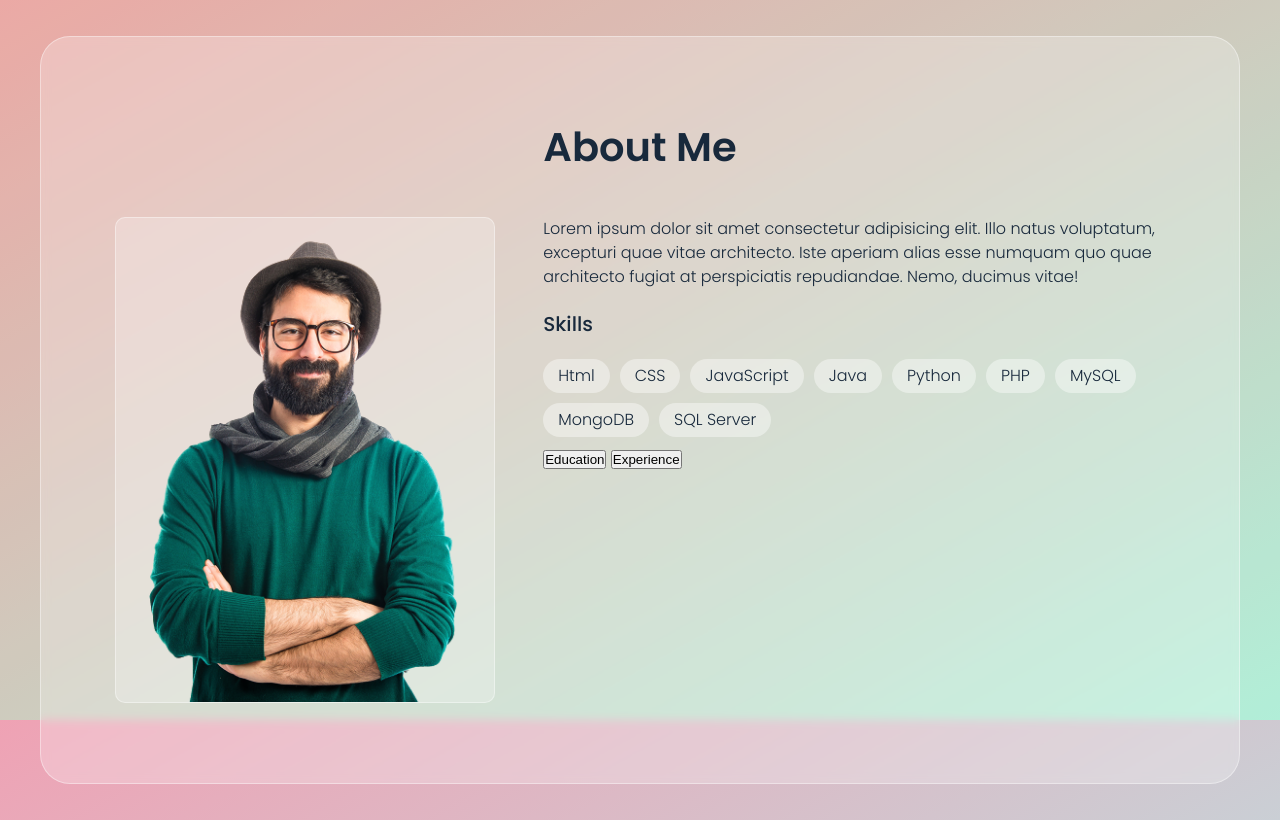
Repository: dewaary/Glassmorp-me
Page: index.html
The author's editor kept a copy of each file at every save. The page is drawn from the files as they stood at one save, then again after the next save.
The browser window is 1280 px wide. The pictures show the whole page.
Backgrounds fixed to the window are drawn as part of the page.

Above is the page before, as saved 2021-05-25 22:30:39.
Not found: js/script,js

### index.html
<!DOCTYPE html>
<html lang="en">

<head>
    <meta charset="UTF-8">
    <meta http-equiv="X-UA-Compatible" content="IE=edge">
    <meta name="viewport" content="width=device-width, initial-scale=1.0">
    <link rel="stylesheet" href="style.css">
    <title>Document</title>
</head>

<body>
    <div class="main">
        <section class="home-section align-items-center hidden">
            <div class="container">
                <div class="row align-items-center">
                    <div class="home-text">
                        <p>Hello, I'm</p>
                        <h1>Dewa Ari</h1>
                        <h2>Full-Stack Web Developer</h2>
                        <a href="#" class="btn">more about me</a>
                        <a href="#" class="btn">portfolio</a>
                    </div>
                    <div class="home-img">
                        <div class="img-box">
                            <img src="img/profile-img.png" alt="profile-img">
                        </div>
                    </div>
                </div>
            </div>
        </section>

        <!-- About Section -->
        <section class="about-section sec-padding">
            <div class="container">
                <div class="row">
                    <div class="section-title">
                        <h2>About me</h2>
                    </div>
                </div>
                <div class="row">
                    <div class="about-img">
                        <div class="img-box">
                            <img src="img/about-img.png" alt="About Image">
                        </div>
                    </div>
                    <div class="about-text">
                        <p>Lorem ipsum dolor sit amet consectetur adipisicing elit. Illo natus voluptatum, excepturi
                            quae vitae architecto. Iste aperiam alias esse numquam quo quae architecto fugiat at
                            perspiciatis repudiandae. Nemo, ducimus vitae!</p>
                            <h3>Skills</h3>
                            <div class="skills">
                                <div class="skill-item">Html</div>
                                <div class="skill-item">CSS</div>
                                <div class="skill-item">JavaScript</div>
                                <div class="skill-item">Java</div>
                                <div class="skill-item">Python</div>
                                <div class="skill-item">PHP</div>
                                <div class="skill-item">MySQL</div>
                                <div class="skill-item">MongoDB</div>
                                <div class="skill-item">SQL Server</div>
                            </div>

                            <div class="about-tabs">
                                <button type="button" class="tab-item" data-target="#education">Education</button>
                                <button type="button" class="tab-item" data-target="#experience">Experience</button>
                            </div>
                    </div>
                </div>
            </div>
        </section>

    </div>
    <script src="js/script,js"></script>
</body>

</html>

### style.css
/* Fonts */
@import url("https://fonts.googleapis.com/css2?family=Poppins:wght@300;400;500;600;700&display=swap");

/* Variables */

:root {
  --main-color: #e02f6b;
  --blue: #0000ff;
  --blue-dark: #18293c;
  --orange: #ffa500;
  --green-yellow: #cddc39;
  --pink-light: #efa2b4;
  --cyan-light: #aef1ee;
  --white: #ffffff;
  --white-alpha-40: rgba(255, 255, 255, 0.4);
  --white-alpha-25: rgba(255, 255, 255, 0.25);
  --backdrop-filter-blur: blur(5px);
}

* {
  box-sizing: border-box;
  padding: 0;
  margin: 0;
  outline: none;
}

::before,
::after {
  box-sizing: border-box;
}

body {
  min-height: 100vh;
  background-image: linear-gradient(
    to bottom right,
    var(--pink-light),
    var(--cyan-light)
  );
  background-attachment: fixed;
  font-size: 16px;
  font-family: "Poppins", sans-serif;
  font-weight: 300;
  color: var(--blue-dark);
  line-height: 1.5;
  overflow-x: hidden;
  -webkit-tap-highlight-color: transparent;
  padding: 5vh 15px;
}

body::before {
  content: "";
  position: fixed;
  left: 0;
  top: 0;
  height: 100%;
  width: 100%;
  background-color: var(--green-yellow);
  z-index: -1;
  opacity: 0.12;
}

a {
  text-decoration: none;
}

h1,
h2 {
  font-weight: 600;
}

h3,
h4,
h5,
h6 {
  font-weight: 500;
}

img {
  max-width: 100%;
  vertical-align: middle;
}

section {
  background-color: var(--white-alpha-25);
  border: 1px solid var(--white-alpha-40);
  min-height: 90vh;
  border-radius: 30px;
  backdrop-filter: var(--backdrop-filter-blur);
}

.main {
  max-width: 1200px;
  margin: auto;
}

.row {
  display: flex;
  flex-wrap: wrap;
}

.container {
  padding: 0 40px;
  width: 100%;
}

.align-items-center {
  align-items: center;
}

.hidden{
  display: none !important;
}

.sec-padding {
  padding: 80px 0;;
}

/* Section Tittle */
.section-title {
  padding: 0 15px;
  width: 100%;
  text-align: center;
  margin-bottom: 40px;
}

.section-title h2 {

  font-size: 40px;
  text-transform: capitalize;
}


/* Custome Scroolbar */

::-webkit-scrollbar{
  width: 5px;
}

::-webkit-scrollbar-track{
  background-color: var(--white);
}

::-webkit-scrollbar-thumb {
  background-color: var(--main-color);
}

/*
Buttons */

.btn {
  line-height: 1.5;
  background-color: var(--white-alpha-25);
  border: 1px solid var(--white-alpha-40);
  padding: 10px 28px;
  display: inline-block;
  border-radius: 30px;
  color: var(--main-color);
  font-weight: 500;
  text-transform: capitalize;
  font-family: inherit;
  font-size: 16px;
  cursor: pointer;
  user-select: none;
  position: relative;
  overflow: hidden;
  vertical-align: middle;
  transition: width 0.3s ease;
}

.btn::before {
  content: "";
  position: absolute;
  left: 0;
  top: 0;
  height: 100%;
  width: 0%;
  background-color: var(--main-color);
  z-index: -1;
  transition: width 0.3s ease;
}

.btn:hover::before {
  width: 100%;
}
.btn:hover {
  color: var(--white);
}

/*
Home Section */

.home-section {
  display: flex;
  padding: 120px 0;
}

.home-text,
.home-img {
  width: 50%;
  padding: 15px;
}

.home-text p {
  font-size: 15px;
}

.home-text h2 {
  font-size: 20px;
  text-transform: capitalize;
  font-weight: 300;
  margin: 0 0 30px;
}

.home-text .btn {
  margin: 0 15px 15px 0;
}

.home-text h1 {
  font-size: 50px;
  text-transform: capitalize;
}

.home-img .img-box {
  max-width: 360px;
  background-color: var(--white-alpha-25);
  border-radius: 50%;
  background-color: var(--white-alpha-25);
  margin: auto;
}

.home-img .img-box img {
  width: 100%;
  border-radius: 50%;
}


/* About Section */

.about-img{
  width: 40%;
  padding: 0 15px;
}

.about-text {
  width: 60%;
  padding: 0 15px;
}

.about-img .img-box {
  background-color: var(--white-alpha-25);
  max-width: 380px;
  border: 1px solid var(--white-alpha-40);
  margin: auto;
  border-radius: 10px;

}

.about-img .img-box img{
  width: 100%;
}

.about-text h3{
  text-transform: capitalize;
  font-size: 20px;
  margin: 20px 0;;
}

.about-text .skills {
  display: flex;
  flex-wrap: wrap;
}

.about-text .skill-item {
  background-color: var(--white-alpha-25);
  background-color: var(--white-alpha-40);
  padding: 5px 15px;
  text-transform: capitalize;
  margin: 0 10px 10px 0;
  border-radius: 20px;
}

After the next save:
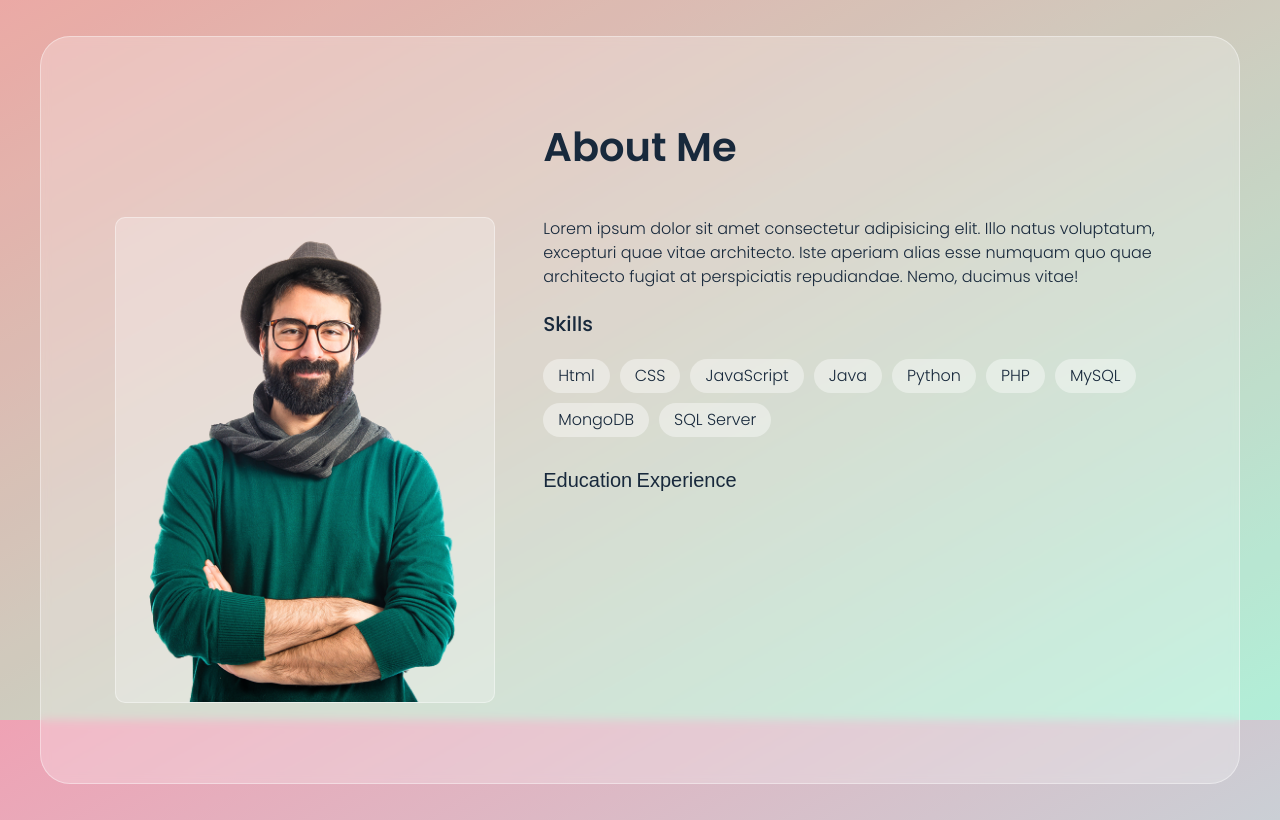
Saved 3 min 24 s later.
--- a/style.css
+++ b/style.css
@@ -278,3 +278,19 @@ Home Section */
   margin: 0 10px 10px 0;
   border-radius: 20px;
 }
+
+.about-tabs {
+  margin-top: 20px;
+}
+
+.about-tabs .tab-item {
+  padding: 2px 0;
+  background-color: transparent;
+  border: none;
+  text-transform: capitalize;
+  display: inline-block;
+  color: var(--blue-dark);
+  cursor: pointer;
+  font-size: 20px;
+  font-weight: 500;
+}
